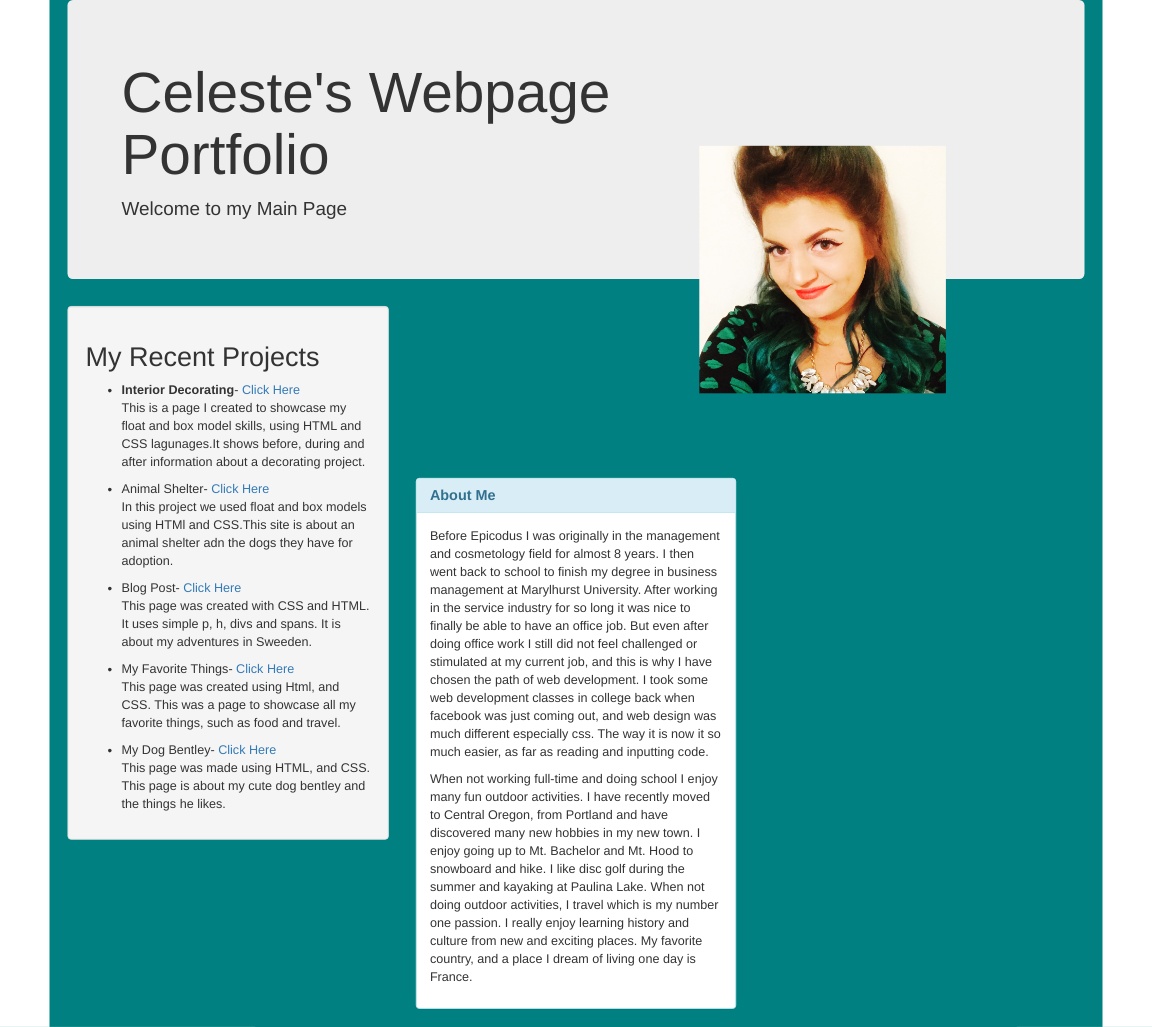
Repository: fieldceleste/portfolio-celeste
Page: portfolio-celeste.html
An editor plug-in stored every save of this project. The page is shown before and after the next save, followed by the edit.
The browser window is 1280 px wide. The pictures show the whole page, at 90% of full size.

Above is the page before, as saved 2019-11-01 22:48:06.

After the next save:
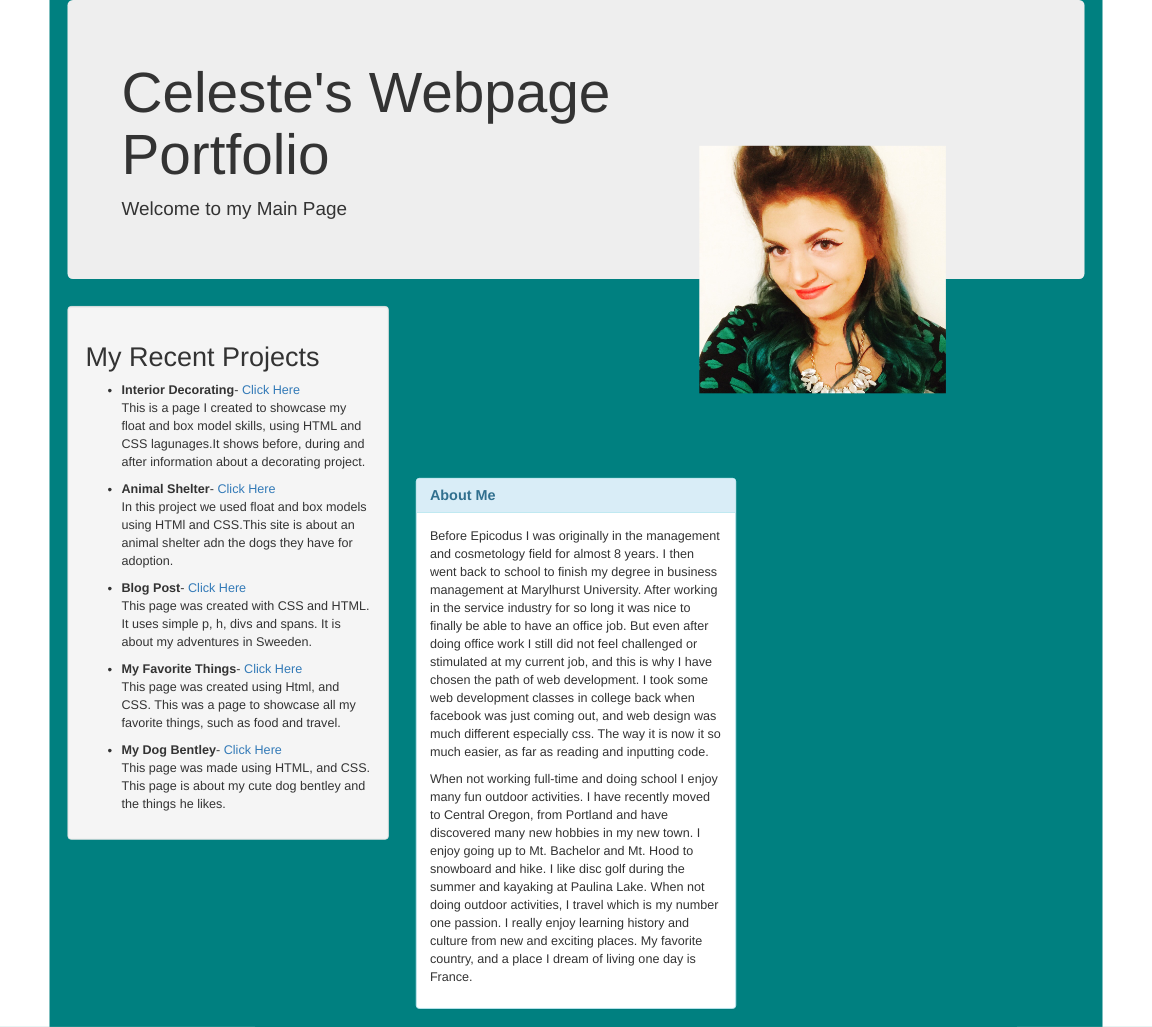
Saved 76 s later.
--- a/portfolio-celeste.html
+++ b/portfolio-celeste.html
@@ -17,10 +17,10 @@
          <h2>My Recent Projects</h2>
                 <ul>
                  <li><strong>Interior Decorating</strong>- <a herf="https://github.com/fieldceleste/interior-decorator">Click Here</a><p>This is a page I created to showcase my float and box model skills, using HTML and CSS lagunages.It shows before, during and after information about a decorating project.</p></li>
-                  <li>Animal Shelter- <a herf="https://github.com/fieldceleste/animal-shelter">Click Here</a><p>In this project we used float and box models using HTMl and CSS.This site is about an animal shelter adn the dogs they have for adoption. </p></li>
-                  <li> Blog Post- <a herf="https://github.com/fieldceleste/blog-post">Click Here</a><p>This page was created with CSS and HTML. It uses simple p, h, divs and spans. It is about my adventures in Sweeden. </p></li>
-                  <li>My Favorite Things- <a herf="https://github.com/fieldceleste/my-first-webpage/blob/master/my-favorite-foods.html">Click Here</a><p>This page was created using Html, and CSS. This was a page to showcase all my favorite things, such as food and travel.</p></li>
-                  <li>My Dog Bentley- <a herf="https://github.com/fieldceleste/Bentley">Click Here</a><p>This page was made using HTML, and CSS. This page is about my cute dog bentley and the things he likes.</p></li>
+                  <li><strong>Animal Shelter</strong>- <a herf="https://github.com/fieldceleste/animal-shelter">Click Here</a><p>In this project we used float and box models using HTMl and CSS.This site is about an animal shelter adn the dogs they have for adoption. </p></li>
+                  <li> <strong>Blog Post</strong>- <a herf="https://github.com/fieldceleste/blog-post">Click Here</a><p>This page was created with CSS and HTML. It uses simple p, h, divs and spans. It is about my adventures in Sweeden. </p></li>
+                  <li><strong>My Favorite Things</strong>- <a herf="https://github.com/fieldceleste/my-first-webpage/blob/master/my-favorite-foods.html">Click Here</a><p>This page was created using Html, and CSS. This was a page to showcase all my favorite things, such as food and travel.</p></li>
+                  <li><strong>My Dog Bentley</strong>- <a herf="https://github.com/fieldceleste/Bentley">Click Here</a><p>This page was made using HTML, and CSS. This page is about my cute dog bentley and the things he likes.</p></li>
                 </ul>
               </div>
             </div>
